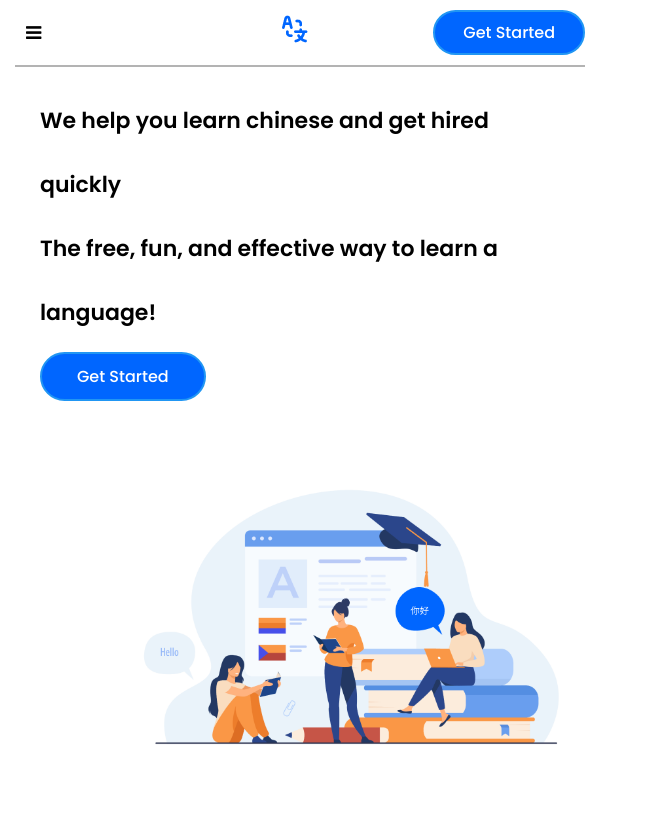
Repository: BinhIT/ChineseLearn
Page: index.html
An editor plug-in stored every save of this project. The page is shown before and after the next save, followed by the edit.
The browser window is 600 px wide. The page is 664 px wide, so the pictures cover 664 px, including what lies to the right of the window. The pictures show the whole page.

Above is the page before, as saved 2023-03-01 14:25:51.

After the next save:
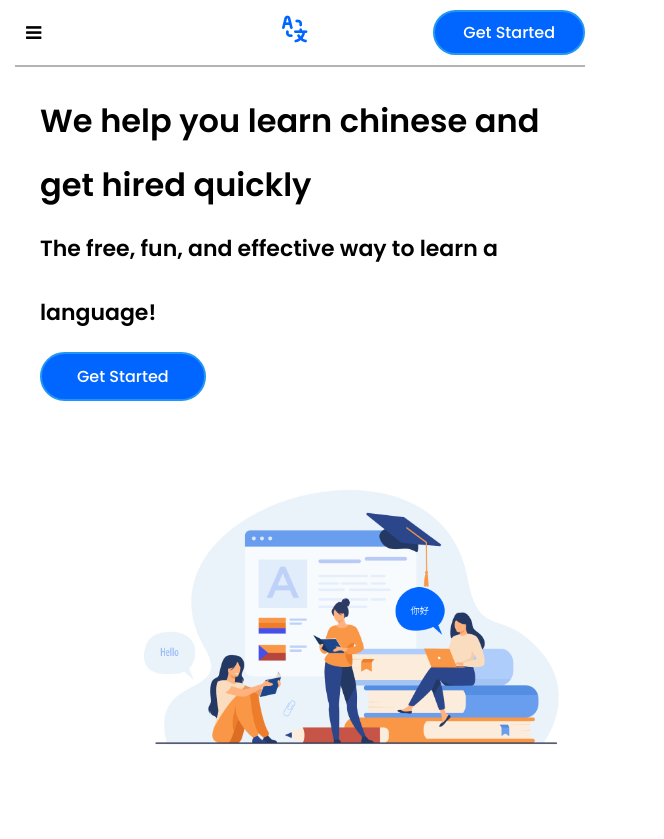
Saved 10 s later.
--- a/css/section.css
+++ b/css/section.css
@@ -56,7 +56,7 @@
     }
 
     .hero-col1 h1 {
-        font-size: 22px;
+        font-size: 32px;
 
     }
 
